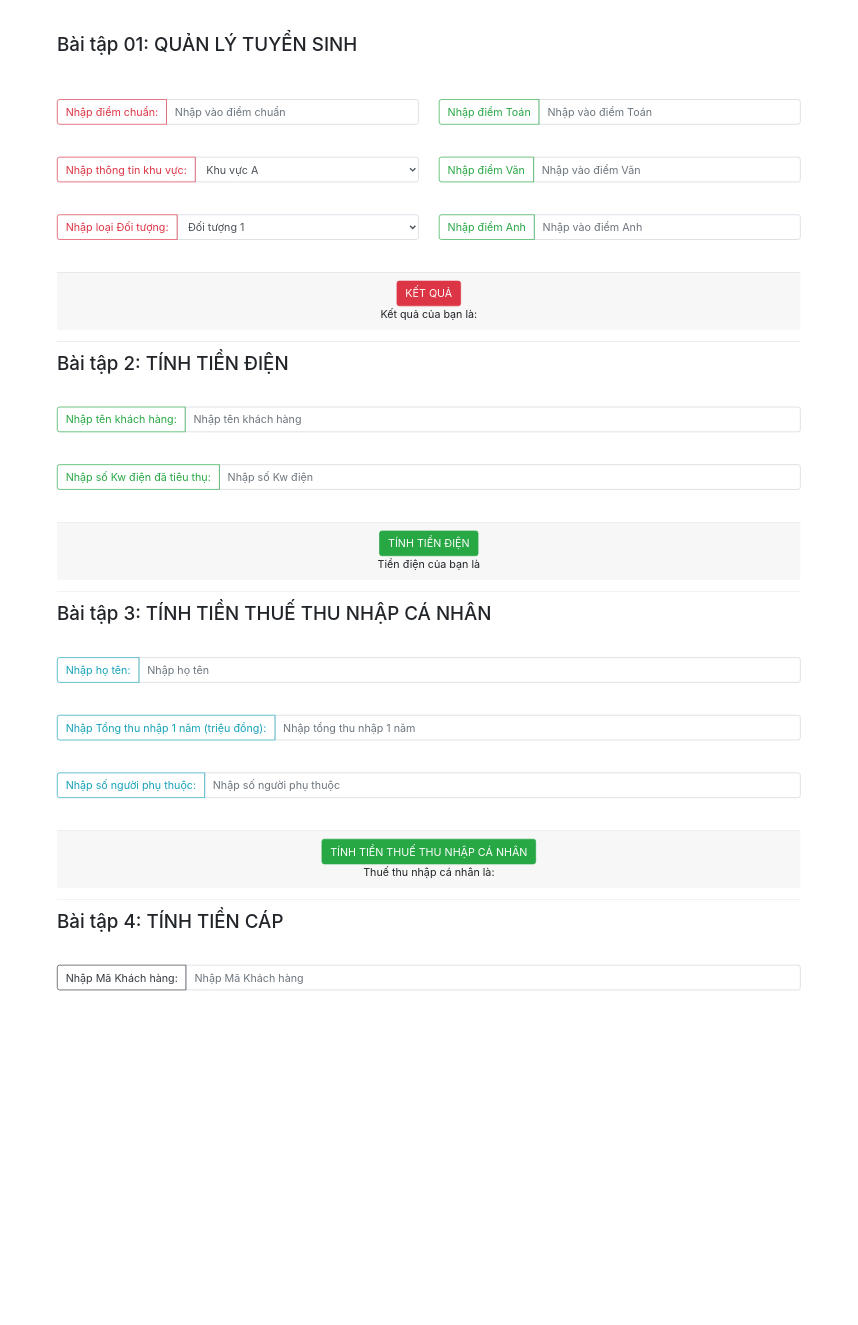
Repository: ducdatit2002/javascript-tinh-day15
Page: index.html
An editor plug-in stored every save of this project. The page is shown before and after the next save, followed by the edit.
The browser window is 1280 px wide. The pictures show the whole page, at 67% of full size.

Above is the page before, as saved 2023-08-20 21:37:15.

After the next save:
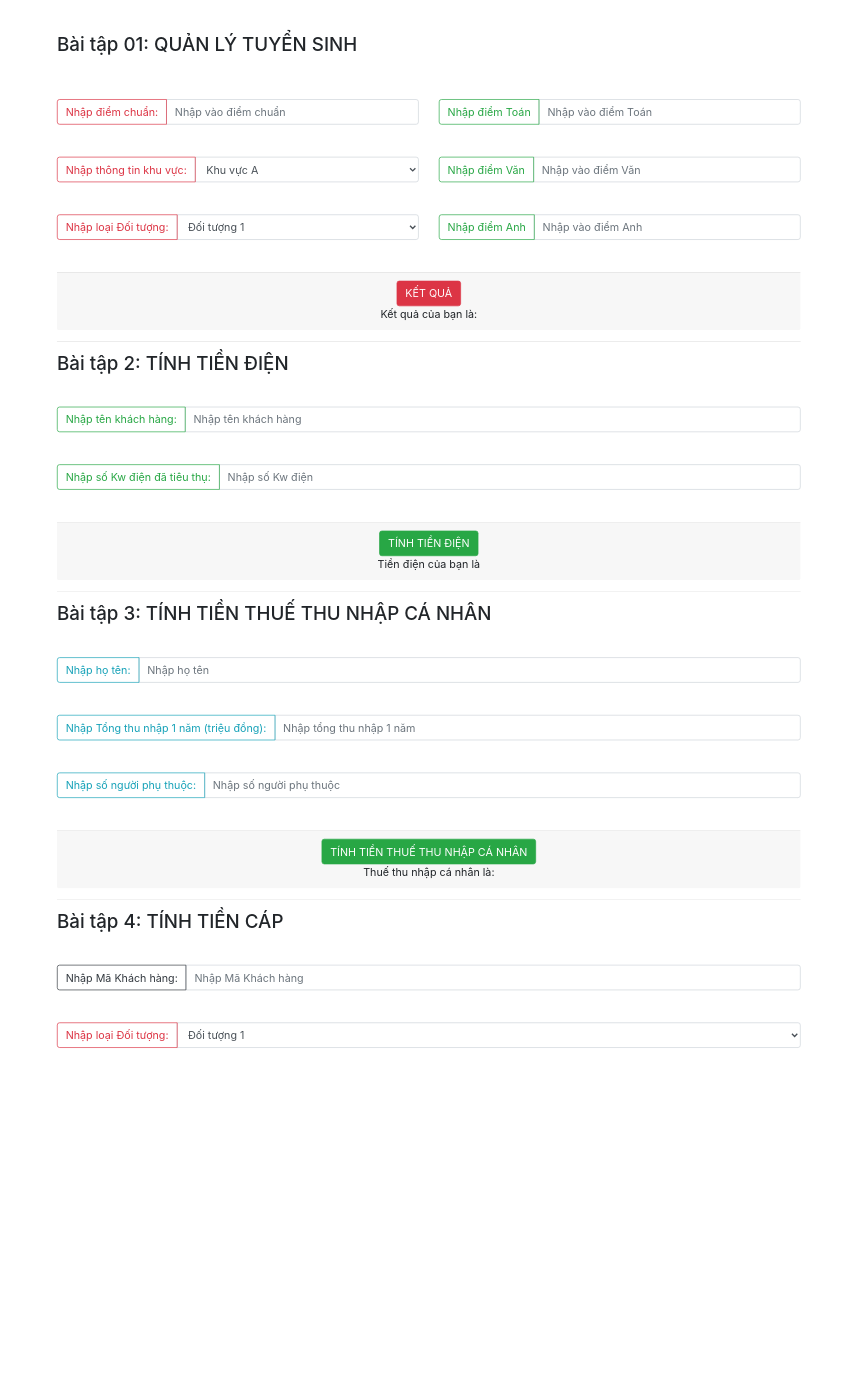
Saved 67 s later.
--- a/index.html
+++ b/index.html
@@ -194,6 +194,18 @@
             id="maKhachHang"
             placeholder="Nhập Mã Khách hàng"/>
         </div>
+        <div class="input-group mt-5">
+              <div class="input-group-prepend">
+                <button class="btn btn-outline-danger">
+                  Nhập loại Đối tượng:
+                </button>
+              </div>
+              <select id="doiTuong" class="form-control">
+                <option value="1">Đối tượng 1</option>
+                <option value="2">Đối tượng 2</option>
+                <option value="3">Đối tượng 3</option>
+              </select>
+            </div>
       </div>
     </div>
     <!-- Optional JavaScript -->
